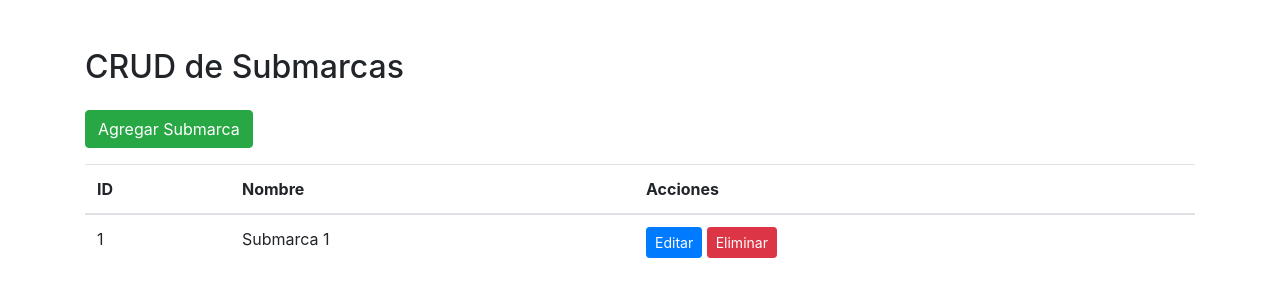
Repository: Yaqode/front-fama
Page: http://localhost/multimedia/Views/marcas.php
These files come from the project's save history. The page is drawn as it stood at one moment and after a run of saves; the edit follows.
The browser window is 1280 px wide. The pictures show the whole page.
Some web libraries are served in a nearby version. The page is run by PHP 8.4 with error messages shown; the project is at /var/www/html/.

Above is the page before, as saved 2023-12-06 20:46:43.

### Views/marcas.php
<!DOCTYPE html>
<html lang="es">
<head>
    <meta charset="UTF-8">
    <meta name="viewport" content="width=device-width, initial-scale=1.0">
    <title>CRUD de Submarcas</title>
    <!-- Agrega los enlaces a Bootstrap CSS -->
    <link href="https://maxcdn.bootstrapcdn.com/bootstrap/4.0.0/css/bootstrap.min.css" rel="stylesheet">
</head>
<body>

<div class="container mt-5">
    <h2 class="mb-4">CRUD de Submarcas</h2>

    <!-- Botón para abrir el modal de agregar submarca -->
    <button type="button" class="btn btn-success mb-3" data-toggle="modal" data-target="#modalAgregarSubmarca">
        Agregar Submarca
    </button>

    <!-- Tabla para mostrar las submarcas -->
    <table class="table">
        <thead>
            <tr>
                <th>ID</th>
                <th>Nombre</th>
                <th>Acciones</th>
            </tr>
        </thead>
        <tbody>
            <!-- Aquí se agregarán las filas de submarcas dinámicamente desde el servidor -->
            <tr>
                <td>1</td>
                <td>Submarca 1</td>
                <td>
                    <!-- Botones para editar y eliminar cada submarca -->
                    <button type="button" class="btn btn-primary btn-sm" data-toggle="modal" data-target="#modalEditarSubmarca">
                        Editar
                    </button>
                    <button type="button" class="btn btn-danger btn-sm" data-toggle="modal" data-target="#modalEliminarSubmarca">
                        Eliminar
                    </button>
                </td>
            </tr>
        </tbody>
    </table>
</div>

<!-- Modal para agregar submarca -->
<div class="modal fade" id="modalAgregarSubmarca" tabindex="-1" role="dialog" aria-labelledby="modalAgregarSubmarcaLabel" aria-hidden="true">
    <!-- Contenido del modal aquí -->
</div>

<!-- Modal para editar submarca -->
<div class="modal fade" id="modalEditarSubmarca" tabindex="-1" role="dialog" aria-labelledby="modalEditarSubmarcaLabel" aria-hidden="true">
    <!-- Contenido del modal aquí -->
</div>

<!-- Modal para eliminar submarca -->
<div class="modal fade" id="modalEliminarSubmarca" tabindex="-1" role="dialog" aria-labelledby="modalEliminarSubmarcaLabel" aria-hidden="true">
    <!-- Contenido del modal aquí -->
</div>

<!-- Agrega los enlaces a Bootstrap JS y Popper.js -->
<script src="https://code.jquery.com/jquery-3.2.1.slim.min.js"></script>
<script src="https://cdn.jsdelivr.net/npm/popper.js@1.12.9/dist/umd/popper.min.js"></script>
<script src="https://maxcdn.bootstrapcdn.com/bootstrap/4.0.0/js/bootstrap.min.js"></script>

</body>
</html>

### css/templatemo.css
/*

TemplateMo 559 Zay Shop

https://templatemo.com/tm-559-zay-shop

---------------------------------------------
Table of contents
------------------------------------------------
1. Typography
2. General
3. Nav
4. Hero Carousel
5. Accordion
6. Shop
7. Product
8. Carousel Hero
9. Carousel Brand
10. Services
11. Contact map
12. Footer
13. Small devices (landscape phones, 576px and up)
14. Medium devices (tablets, 768px and up)
15. Large devices (desktops, 992px and up)
16. Extra large devices (large desktops, 1200px and up)
--------------------------------------------- */




/* Typography */
body, ul, li, p, a, label, input, div {
  font-family: 'Roboto', sans-serif;
  font-size: 18px !important;
  font-weight: 300 !important;
}
.h1 {
  font-family: 'Roboto', sans-serif;
  font-size: 48px !important;
  font-weight: 200 !important;
}
.h2 {
  font-family: 'Roboto', sans-serif;
  font-size: 30px !important;
  font-weight: 300;
}
.h3 {
  font-family: 'Roboto', sans-serif;
  font-size: 22px !important;
}
/* General */
.logo { font-weight: 500 !important;}
.text-warning {  color: #ede861 !important;}
.text-muted { color: #bcbcbc !important;}
.text-success { color: #59ab6e !important;}
.text-light { color: #cfd6e1 !important;}
.bg-dark { background-color: #212934 !important;}
.bg-light { background-color: #e9eef5 !important;}
.bg-black { background-color: #1d242d !important;}
.bg-success { background-color: #59ab6e !important;}
.btn-success {
  background-color: #59ab6e !important;
  border-color: #56ae6c !important;
}
.pagination .page-link:hover {color: #000;}
.pagination .page-link:hover, .pagination .page-link.active {
  background-color: #69bb7e;
  color: #fff;
}
/* Nav */
#templatemo_nav_top { min-height: 40px;}
#templatemo_nav_top * { font-size: .9em !important;}
#templatemo_main_nav a { color: #212934;}
#templatemo_main_nav a:hover { color: #69bb7e;}
#templatemo_main_nav .navbar .nav-icon { margin-right: 20px;}

/* Hero Carousel */
#template-mo-zay-hero-carousel { background: #efefef !important;}
/* Accordion */
.templatemo-accordion a { color: #000;}
.templatemo-accordion a:hover { color: #333d4a;}
/* Shop */
.shop-top-menu a:hover { color: #69bb7e !important;}
/* Product */
.product-wap { box-shadow: 0px 5px 10px 0px rgba(0, 0, 0, 0.10);}
.product-wap .product-color-dot.color-dot-red { background:#f71515;}
.product-wap .product-color-dot.color-dot-blue { background:#6db4fe;}
.product-wap .product-color-dot.color-dot-black { background:#000000;}
.product-wap .product-color-dot.color-dot-light { background:#e0e0e0;}
.product-wap .product-color-dot.color-dot-green { background:#0bff7e;}
.card.product-wap .card .product-overlay {
  background: rgba(0,0,0,.2);
  visibility: hidden;
  opacity: 0;
  transition: .3s;
}
.card.product-wap:hover .card .product-overlay {
  visibility: visible;
  opacity: 1;
}
.card.product-wap a { color: #000;}
#carousel-related-product .slick-slide:focus { outline: none !important;}
#carousel-related-product .slick-dots li button:before {
  font-size: 15px;
  margin-top: 20px;
}
/* Brand */
.brand-img {
  filter: grayscale(100%);
  opacity: 0.5;
  transition: .5s;
}
.brand-img:hover {
  filter: grayscale(0%);
  opacity: 1;
}
/* Carousel Hero */
#template-mo-zay-hero-carousel .carousel-indicators li {
  margin-top: -50px;
  background-color: #59ab6e;
}
#template-mo-zay-hero-carousel .carousel-control-next i,
#template-mo-zay-hero-carousel .carousel-control-prev i {
  color: #59ab6e !important;
  font-size: 2.8em !important;
}
/* Carousel Brand */
.tempaltemo-carousel .h1 {
  font-size: .5em !important;
  color: #000 !important;
}
/* Services */
.services-icon-wap {transition: .3s;}
.services-icon-wap:hover, .services-icon-wap:hover i {color: #fff;}
.services-icon-wap:hover {background: #69bb7e;}
/* Contact map */
.leaflet-control a, .leaflet-control { font-size: 10px !important;}
.form-control { border: 1px solid #e8e8e8;}
/* Footer */
#tempaltemo_footer a { color: #dcdde1;}
#tempaltemo_footer a:hover { color: #68bb7d;}
#tempaltemo_footer ul.footer-link-list li { padding-top: 10px;}
#tempaltemo_footer ul.footer-icons li {
  width: 2.6em;
  height: 2.6em;
  line-height: 2.6em;
}
#tempaltemo_footer ul.footer-icons li:hover {
  background-color: #cfd6e1;
  transition: .5s;
}
#tempaltemo_footer ul.footer-icons li:hover i {
  color: #212934;
  transition: .5s;
}
#tempaltemo_footer .border-light { border-color: #2d343f !important;}
/*
// Extra small devices (portrait phones, less than 576px)
// No media query since this is the default in Bootstrap
*/
/* Small devices (landscape phones, 576px and up)*/
.product-wap .h3, .product-wap li, .product-wap i, .product-wap p {
  font-size: 12px !important;
}
.product-wap .product-color-dot {
  width: 6px;
  height: 6px;
}

@media (min-width: 576px) {
  .tempaltemo-carousel .h1 { font-size: 1em !important;}
}

/*// Medium devices (tablets, 768px and up)*/
@media (min-width: 768px) {
  #templatemo_main_nav .navbar-nav {max-width: 450px;}
 }

/* Large devices (desktops, 992px and up)*/
@media (min-width: 992px) {
  #templatemo_main_nav .navbar-nav {max-width: 550px;}
  #template-mo-zay-hero-carousel .carousel-item {min-height: 30rem !important;}
  .product-wap .h3, .product-wap li, .product-wap i, .product-wap p {font-size: 18px !important;}
  .product-wap .product-color-dot {
    width: 12px;
    height: 12px;
  }
}

/* Extra large devices (large desktops, 1200px and up)*/
@media (min-width: 1200px) {}

Loaded but not shown: css/bootstrap.min.css (library); css/fontawesome.min.css (library); css/style.css (1719 lines, source omitted)

After the next 2 saves:
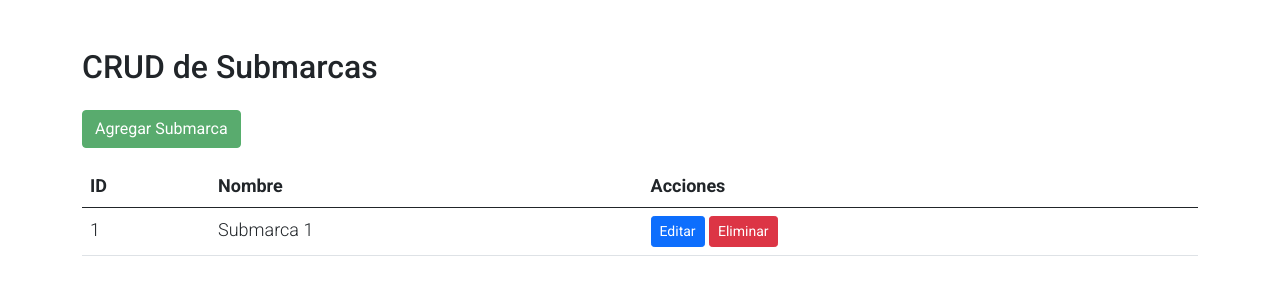
The 2 saves are shown as one change because they came seconds apart.
The last was saved 13 s later.
--- a/Views/marcas.php
+++ b/Views/marcas.php
@@ -1,11 +1,18 @@
 <!DOCTYPE html>
 <html lang="es">
 <head>
-    <meta charset="UTF-8">
+<meta charset="UTF-8">
     <meta name="viewport" content="width=device-width, initial-scale=1.0">
-    <title>CRUD de Submarcas</title>
-    <!-- Agrega los enlaces a Bootstrap CSS -->
-    <link href="https://maxcdn.bootstrapcdn.com/bootstrap/4.0.0/css/bootstrap.min.css" rel="stylesheet">
+    <title>Marcas</title>
+    <link rel="apple-touch-icon" href="img/apple-icon.png">
+    <link rel="shortcut icon" type="image/x-icon" href="img/favicon.ico">
+    <link rel="stylesheet" href="./../css/bootstrap.min.css">
+    <link rel="stylesheet" href="./../css/templatemo.css">
+    <link rel="stylesheet" href="./../css/style.css">
+    <!-- Load fonts style after rendering the layout styles -->
+    <link rel="stylesheet"
+        href="https://fonts.googleapis.com/css2?family=Roboto:wght@100;200;300;400;500;700;900&display=swap">
+    <link rel="stylesheet" href="./../css/fontawesome.min.css" >
 </head>
 <body>
 
